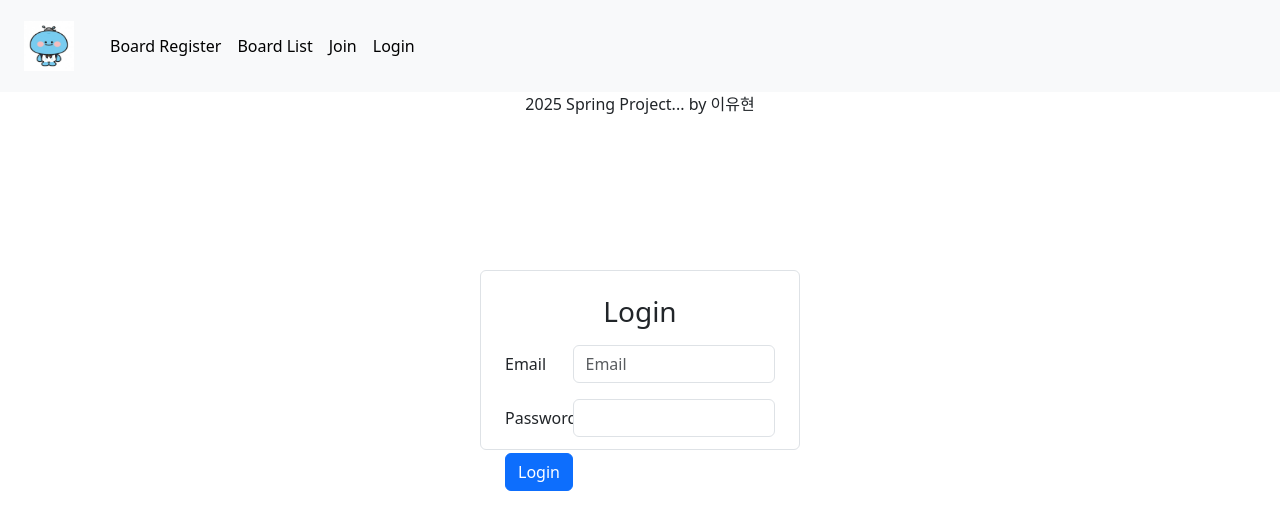
Repository: LeeYouHyeon/6.Spring
Page: http://localhost/spring_project/WEB-INF/views/user/login.jsp
The author's editor kept a copy of each file at every save. The page is drawn from the files as they stood at one save, then again after the next save.
The browser window is 1280 px wide. The pictures show the whole page.
The page is served by Tomcat 9. Nobody is signed in. The template is opened directly, without the code that normally fills it, so the values that code supplies are empty.

Above is the page before, as saved 2025-06-10 05:16:21.

After the next save:
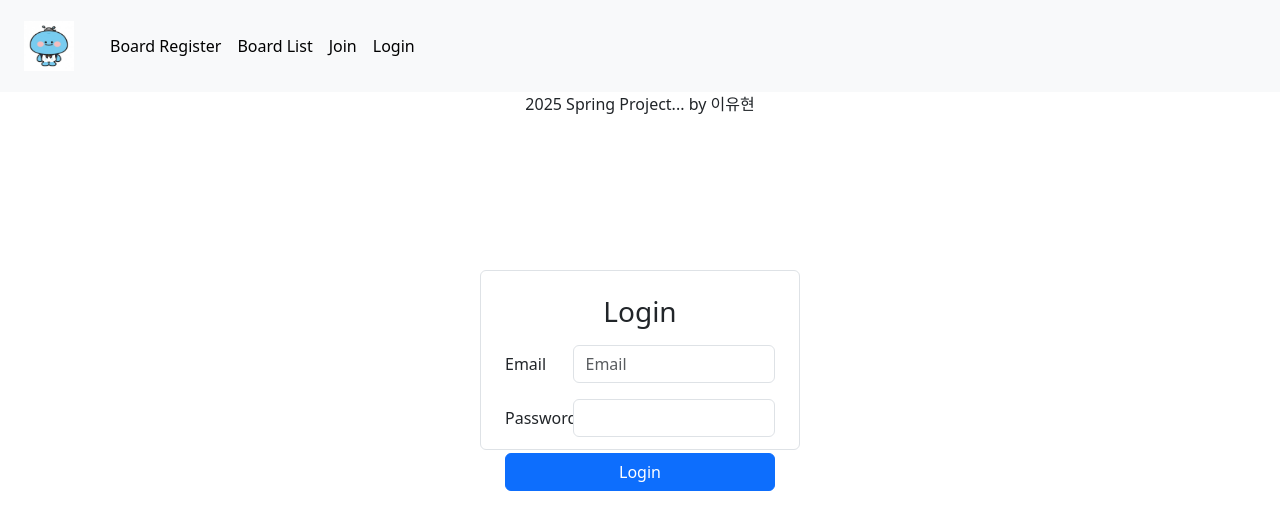
Saved 18 s later.
--- a/spring_project/src/main/webapp/WEB-INF/views/user/login.jsp
+++ b/spring_project/src/main/webapp/WEB-INF/views/user/login.jsp
@@ -21,7 +21,7 @@
 				id="pwd"
 				name="pwd">
 		</div>
-		<button type="submit" class="btn btn-primary">Login</button>
+		<button type="submit" class="btn btn-primary w-100">Login</button>
 	</form>
 </div>
 
